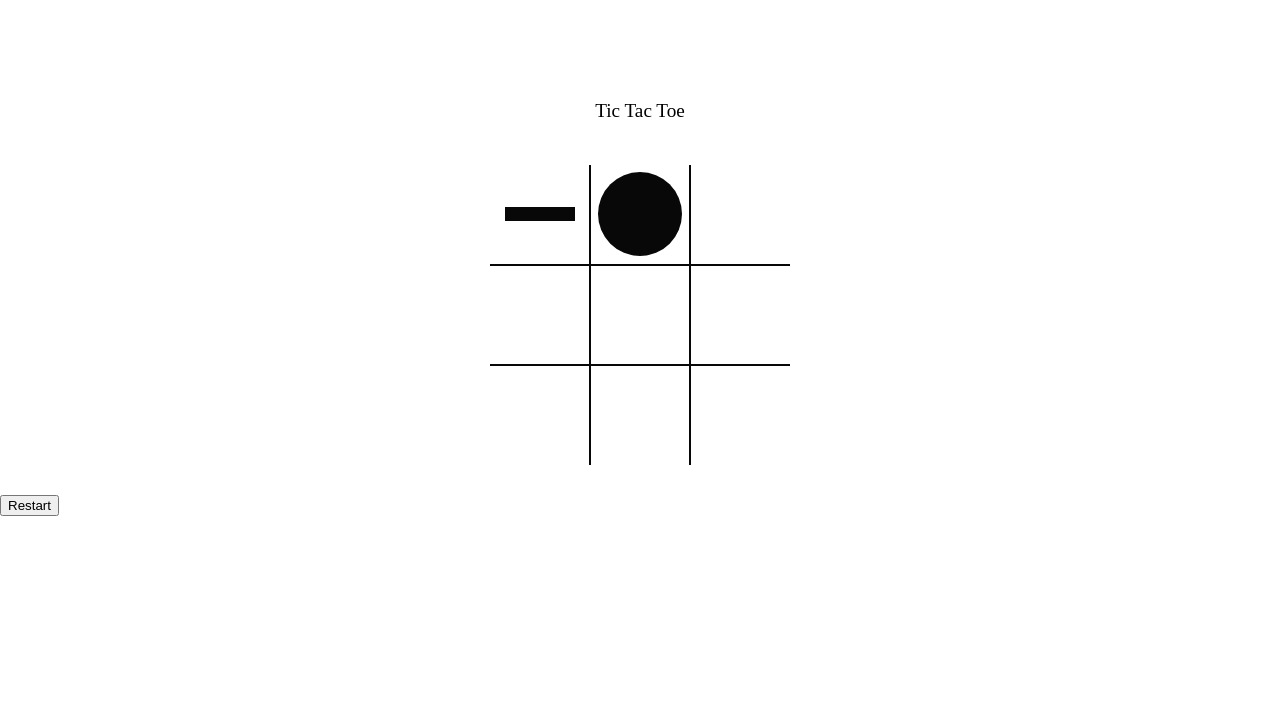
Repository: kkyler24/MCLA
Page: devFiles/TictactoeFiles/ticTacToe.html
An editor plug-in stored every save of this project. The page is shown before and after the next save, followed by the edit.
The browser window is 1280 px wide. The pictures show the whole page.

Above is the page before, as saved 2020-04-17 15:32:11.

### devFiles/TictactoeFiles/ticTacToe.html
<!DOCTYPE html>
<html lang="en">

<head>
    <meta charset="UTF-8">
    <meta name="viewport" content="width=device-width, initial-scale=1.0">
    <link rel="stylesheet" type="text/css" href="tictactoe.css">
    <script src="tictactoe.js" defer></script>
    <title>Tic Tac Toe</title>
</head>

<body>
    <sectionOne>
        <!-- NavBar -->
        <!-- <nav class="navbar navbar-light bg-light">
            <!-- Image Logo -->
            <!-- <a class="navbar-brand" href="#">
                <img src="/docs/4.0/assets/brand/bootstrap-solid.svg" width="30" height="30"
                    class="d-inline-block align-top" alt="">
                Bootstrap -->
            <!-- </a> -->
        </nav>
    </sectionOne>
<sectionTwo>
<h1>Tic Tac Toe</h1>
<div class="BoardOne" id="BoardOne">
    <div class="cellBOne dash" data-cell></div>
    <div class="cellBOne circle" data-cell></div>
    <div class="cellBOne" data-cell></div>
    <div class="cellBOne" data-cell></div>
    <div class="cellBOne" data-cell></div>
    <div class="cellBOne" data-cell></div>
    <div class="cellBOne" data-cell></div>
    <div class="cellBOne" data-cell></div>
    <div class="cellBOne" data-cell></div>
</div>
<div class="winning-message-One" id="winningMessageOne">
    <div class="data-winning-message-text-One"></div>
    <button id="restartButtonOne">Restart</button>
</div>



</sectionTwo>











</body>

### devFiles/TictactoeFiles/tictactoe.css
*,*::after, *::before{
    box-sizing: border-box;
}
:root {
    --cell-size:100px;
    --mark-size:calc(var(--cell-size)*.7);
    /* this makes the preview marks 90% of the cell size it edits the width of your dot or dash */
}

h1{
    margin-top: 100px;
    text-align: center;
    font-size: larger;
    font-weight: 100;
}

body{
    margin:0;
}

.BoardOne{
    width: 100vw;
    height: 50vh;
    display: grid;
    justify-content: center;
    align-content: center;
    align-items: center;
    justify-items: center;
    grid-template-columns: repeat(3,auto);
    /* this resizes the grid and makes all the cells automatically evenly sized */
}
.cellBOne{
    width: var(--cell-size);
    height: var(--cell-size);
    border: 1px solid rgb(8, 8, 8);
    display: flex;
    justify-content: center;
    align-items: center;
    position: relative;
    cursor: pointer;
}
.cellBOne:first-child,
.cellBOne:nth-child(2),
.cellBOne:nth-child(3){
    border-top: none;
}

.cellBOne:nth-child(3n+1){
    border-left: none;
}

.cellBOne:nth-child(3n+3){
    border-right: none;
}

.cellBOne:last-child,
.cellBOne:nth-child(8),
.cellBOne:nth-child(7){
    border-bottom: none;
}

.cellBOne.dash::before{
    content: "";
    width: calc(var(--mark-size)*.20);
    /* controls the height of the dashes */
    transform: rotate(90deg);
    height: var(--mark-size);
    background-color: rgb(8, 8, 8);
    /* controls how the dashes look */
    position: relative;
}

.cellBOne.circle::after{
    content: "";
    position: absolute;
    width: calc(var(--mark-size)*1.2);
    /* controls the height of the cricles */
    /* transform: rotate(90deg); */
    height: calc(var(--mark-size)*1.2);
    background-color: rgb(8, 8, 8);
    /* controls how the dashes look */
    border-radius: 50%;

}

.cellBOne.circle,
.cellBOne.dash{
    cursor: not-allowed;
}

### devFiles/TictactoeFiles/tictactoe.js
// var winningCombinations = {
//     // userchoice: computerchoice
//     rock: 'scissors', // you win
//     paper: 'rock',    // you win
//     scissors: 'paper' // you win
// random words should be put in here and converted to morse code. the computer should evaluate if your letter box matches the randomized word to win the round.
// };

After the next save:
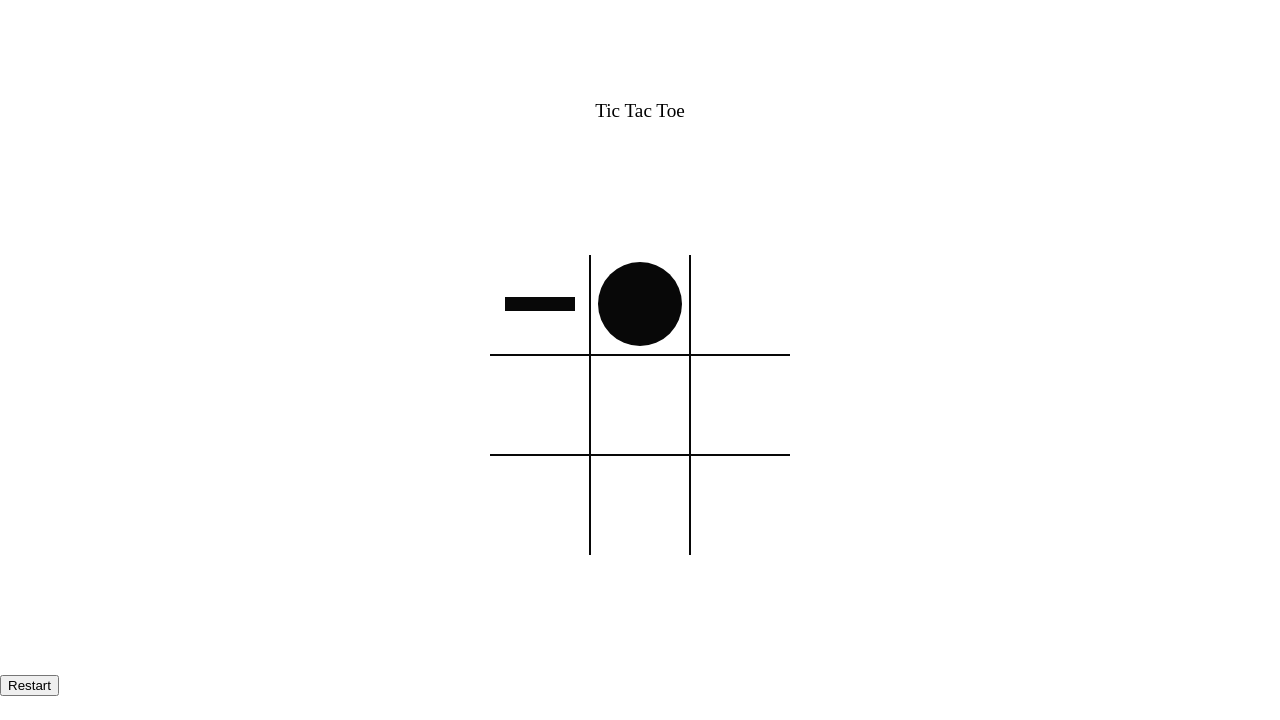
Saved 19 s later.
--- a/devFiles/TictactoeFiles/tictactoe.css
+++ b/devFiles/TictactoeFiles/tictactoe.css
@@ -20,7 +20,7 @@ body{
 
 .BoardOne{
     width: 100vw;
-    height: 50vh;
+    height: 75vh;
     display: grid;
     justify-content: center;
     align-content: center;
